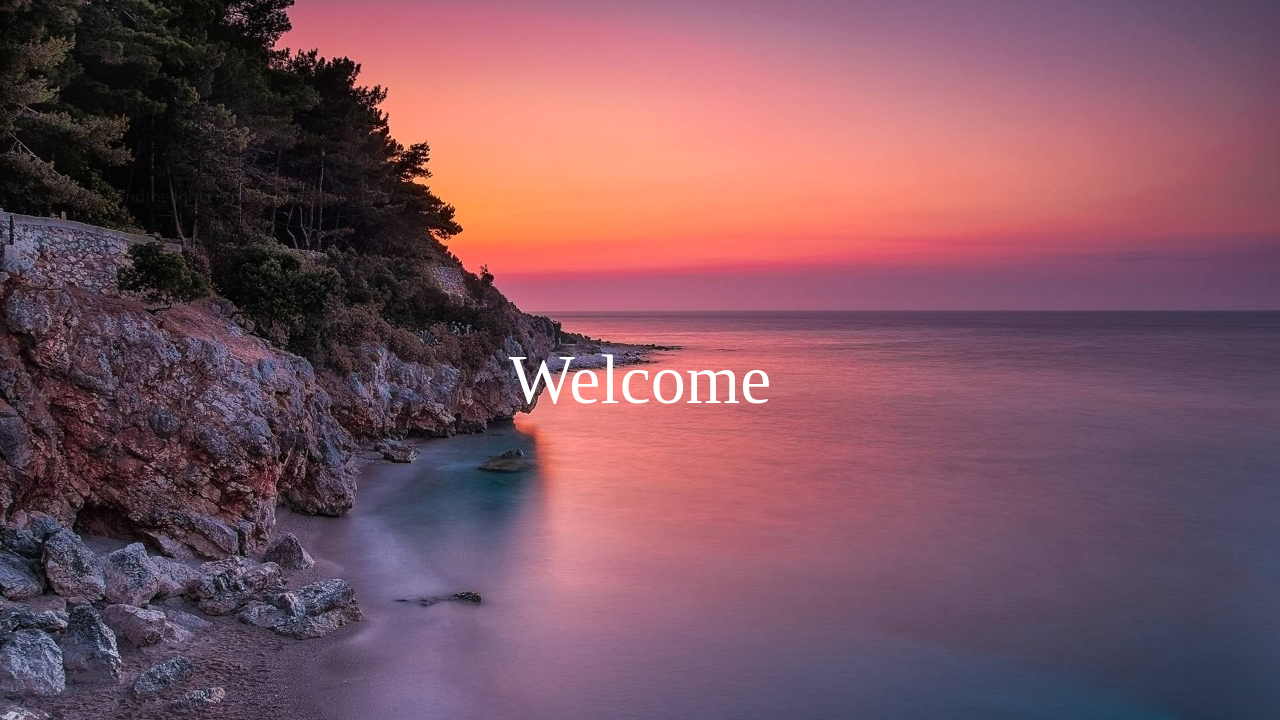
Repository: Berilinanir/Login-Logout-System
Page: http://localhost/Loginn/successs.jsp
These files come from the project's save history. The page is drawn as it stood at one moment and after the next save; the edit follows.
The browser window is 1280 px wide. The pictures show the whole page.
The page is served by Tomcat 9.

Above is the page before, as saved 2018-10-13 14:58:20.

After the next save:
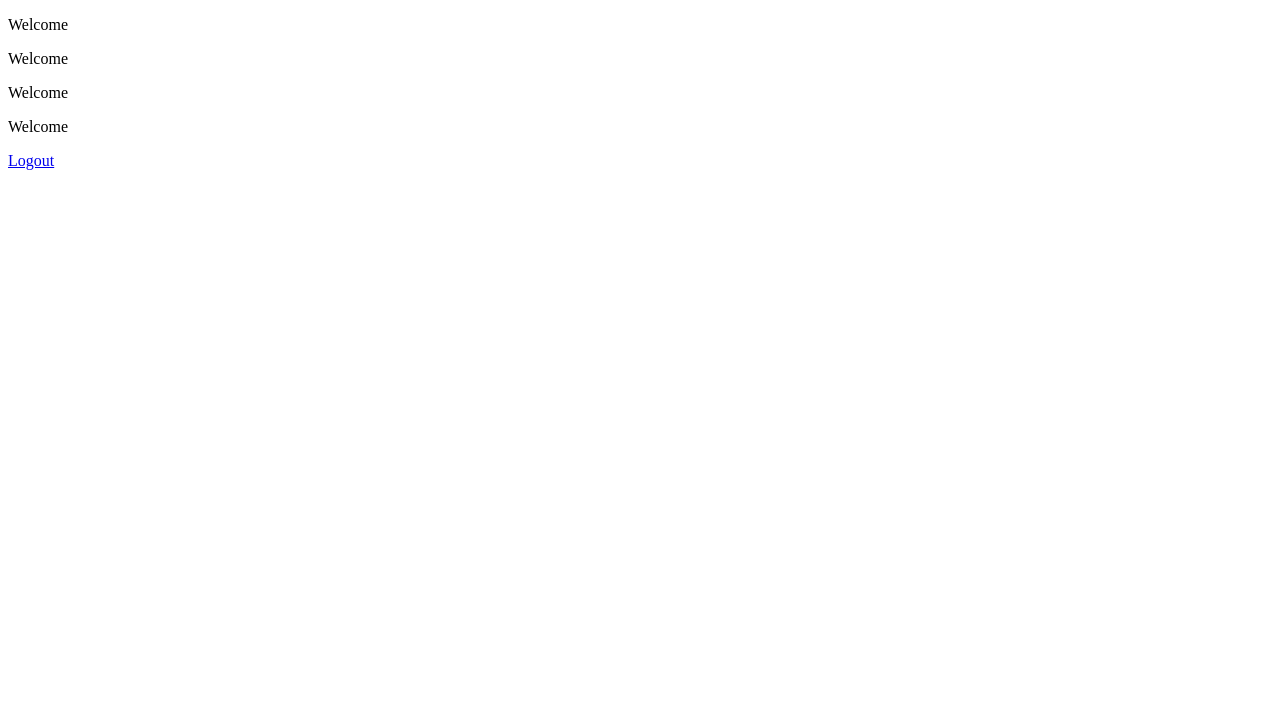
Saved 3 min 38 s later.
--- a/Loginn/WebContent/successs.jsp
+++ b/Loginn/WebContent/successs.jsp
@@ -9,7 +9,7 @@
 <meta charset="ISO-8859-1">
 <title>Success Page</title>
 
-   <link rel="stylesheet" href="style3.css">
+
 
 </head>
 <body>
@@ -23,6 +23,7 @@
 
 
   </slider>
+
 <a href="logout.jsp">Logout </a>
 
 </body>

After the save that followed:
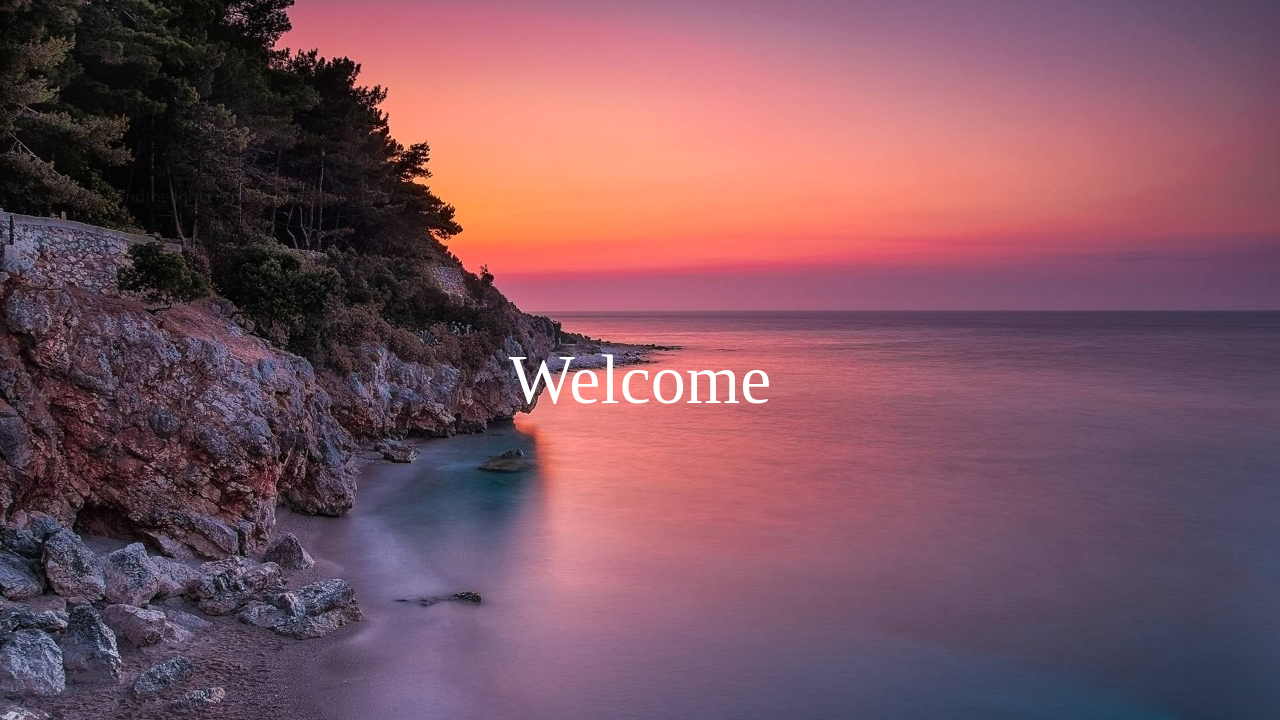
Saved 3 min 42 s later.
--- a/Loginn/WebContent/successs.jsp
+++ b/Loginn/WebContent/successs.jsp
@@ -9,7 +9,7 @@
 <meta charset="ISO-8859-1">
 <title>Success Page</title>
 
-
+   <link rel="stylesheet" href="style3.css">
 
 </head>
 <body>
@@ -24,7 +24,7 @@
 
   </slider>
 
-<a href="logout.jsp">Logout </a>
+<a hidden="6px"  href="logout.jsp">Logout </a>
 
 </body>
 </html>
